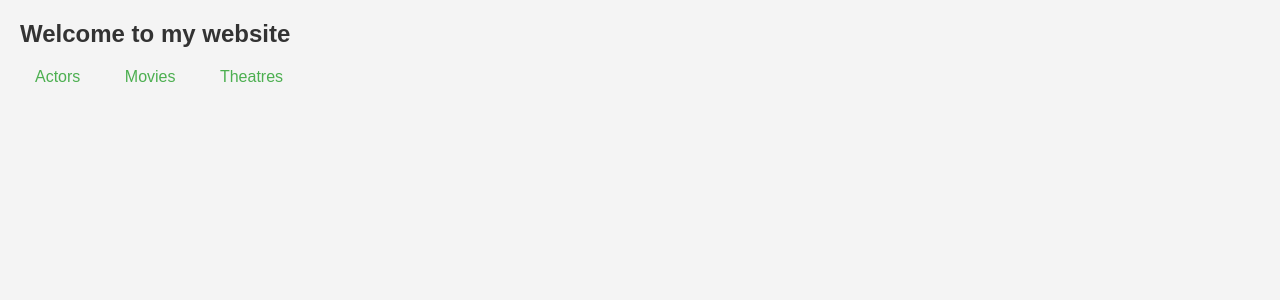
Repository: Rohit-Sarkar55/microservice-Springboot
Page: http://localhost/movie-web/views/index.jsp
These files come from the project's save history. The page is drawn as it stood at one moment and after the next save; the edit follows.
The browser window is 1280 px wide. The pictures show the whole page.
The page is served by Tomcat 9. Other server files are loaded and not shown.

Above is the page before, as saved 2024-01-18 08:40:26.

### movie-web/src/main/webapp/views/index.jsp
<%@ page language="java" contentType="text/html; charset=ISO-8859-1"
    pageEncoding="ISO-8859-1"%>
<!DOCTYPE html>
<html>
<head>
<meta charset="ISO-8859-1">
<title>Insert title here</title>
	<style>
        body {
            font-family: Arial, sans-serif;
            background-color: #f4f4f4;
            margin: 20px;
        }

        h2 {
            color: #333;
        }

        nav {
            margin-bottom: 20px;
        }

        nav a {
            text-decoration: none;
            padding: 10px 15px;
            margin-right: 10px;
            color: #4CAF50;
        }

        nav a:hover {
            background-color: #45a049;
            color: white;
        }
    </style>
</head>
<body>
	<h2>Welcome to my website </h2>
	<nav>
		<a href="actors">Actors</a>
		<a href="movies">Movies</a>
		<a href="theatres">Theatres</a>
	</nav>
</body>
</html>













<%-- <%@ page language="java" contentType="text/html; charset=ISO-8859-1"
    pageEncoding="ISO-8859-1"%>
<!DOCTYPE html>
<html>
<head>
<meta charset="ISO-8859-1">
<title>Insert title here</title>
	<style>
        body {
            font-family: Arial, sans-serif;
            background-color: #f4f4f4;
            margin: 20px;
        }

        h2 {
            color: #333;
        }

        form {
            margin-bottom: 20px;
        }

        input[type="submit"] {
            background-color: #4CAF50;
            color: white;
            padding: 10px 15px;
            border: none;
            border-radius: 3px;
            cursor: pointer;
        }

        input[type="submit"]:hover {
            background-color: #45a049;
        }
    </style>



</head>
<body>
	<h2>Welcome to my website </h2>
	<form action="actors" method="post">
		<input type="submit" value="Actors">
	</form>

	<form action="movies" method="post">
		<input type="submit" value="Movies">
	</form>

	<form action="theatres" method="post">
		<input type="submit" value="Theatres">
	</form>
</body>
</html> --%>

After the next save:
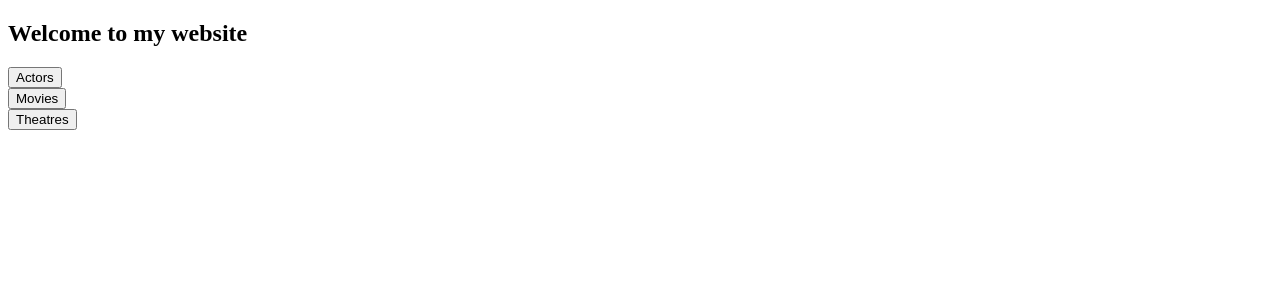
Saved 34 s later.
--- a/movie-web/src/main/webapp/views/index.jsp
+++ b/movie-web/src/main/webapp/views/index.jsp
@@ -5,91 +5,7 @@
 <head>
 <meta charset="ISO-8859-1">
 <title>Insert title here</title>
-	<style>
-        body {
-            font-family: Arial, sans-serif;
-            background-color: #f4f4f4;
-            margin: 20px;
-        }
 
-        h2 {
-            color: #333;
-        }
-
-        nav {
-            margin-bottom: 20px;
-        }
-
-        nav a {
-            text-decoration: none;
-            padding: 10px 15px;
-            margin-right: 10px;
-            color: #4CAF50;
-        }
-
-        nav a:hover {
-            background-color: #45a049;
-            color: white;
-        }
-    </style>
-</head>
-<body>
-	<h2>Welcome to my website </h2>
-	<nav>
-		<a href="actors">Actors</a>
-		<a href="movies">Movies</a>
-		<a href="theatres">Theatres</a>
-	</nav>
-</body>
-</html>
-
-
-
-
-
-
-
-
-
-
-
-
-
-<%-- <%@ page language="java" contentType="text/html; charset=ISO-8859-1"
-    pageEncoding="ISO-8859-1"%>
-<!DOCTYPE html>
-<html>
-<head>
-<meta charset="ISO-8859-1">
-<title>Insert title here</title>
-	<style>
-        body {
-            font-family: Arial, sans-serif;
-            background-color: #f4f4f4;
-            margin: 20px;
-        }
-
-        h2 {
-            color: #333;
-        }
-
-        form {
-            margin-bottom: 20px;
-        }
-
-        input[type="submit"] {
-            background-color: #4CAF50;
-            color: white;
-            padding: 10px 15px;
-            border: none;
-            border-radius: 3px;
-            cursor: pointer;
-        }
-
-        input[type="submit"]:hover {
-            background-color: #45a049;
-        }
-    </style>
 
 
 
@@ -108,4 +24,4 @@
 		<input type="submit" value="Theatres">
 	</form>
 </body>
-</html> --%>
+</html>
